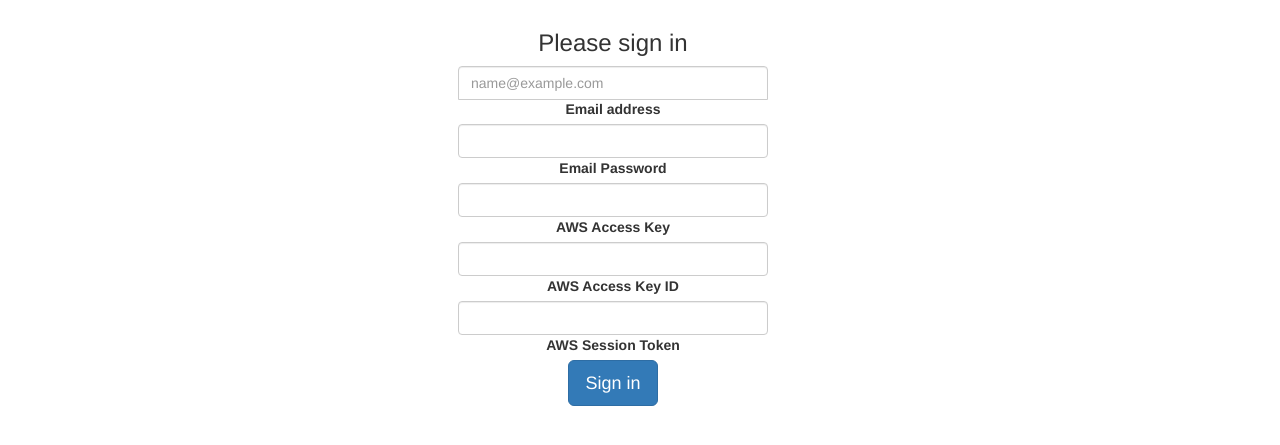
Repository: lucamjdimarco/FinalSDCCProject
Page: http://localhost/
These files come from the project's save history. The page is drawn as it stood at one moment and after the next save; the edit follows.
The browser window is 1280 px wide. The pictures show the whole page.
The page is served by the project's application, run on Flask 3 (app/server.py).

Above is the page before, as saved 2023-06-07 22:54:08.

After the next save:
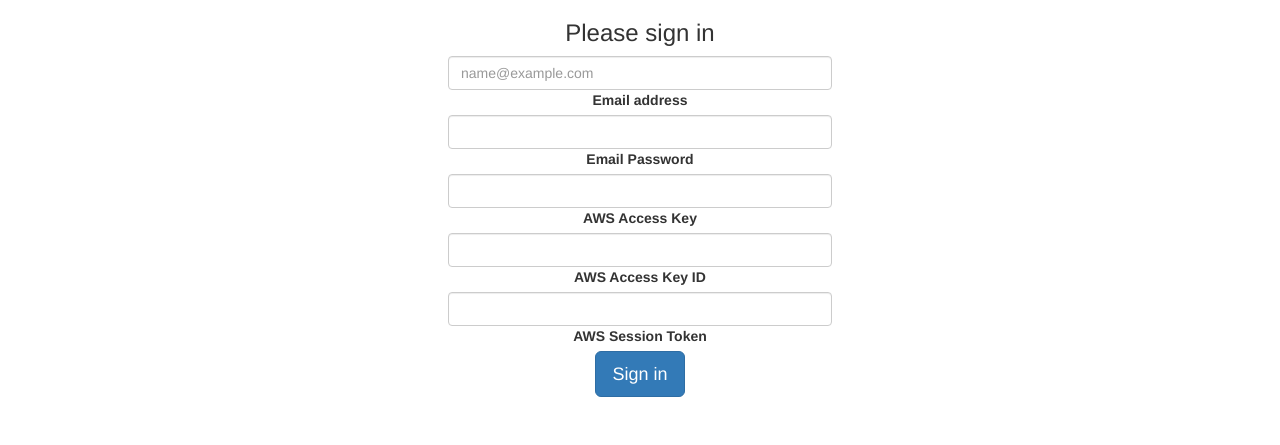
Saved 43 h 14 min later.
--- a/Docker/app/templates/login.html
+++ b/Docker/app/templates/login.html
@@ -35,7 +35,7 @@
 
 
     <!-- Custom styles for this template -->
-    <link href="sign-in.css" rel="stylesheet">
+    <!--<link href="sign-in.css" rel="stylesheet">-->
 
   </head>
   <body class="text-center">
